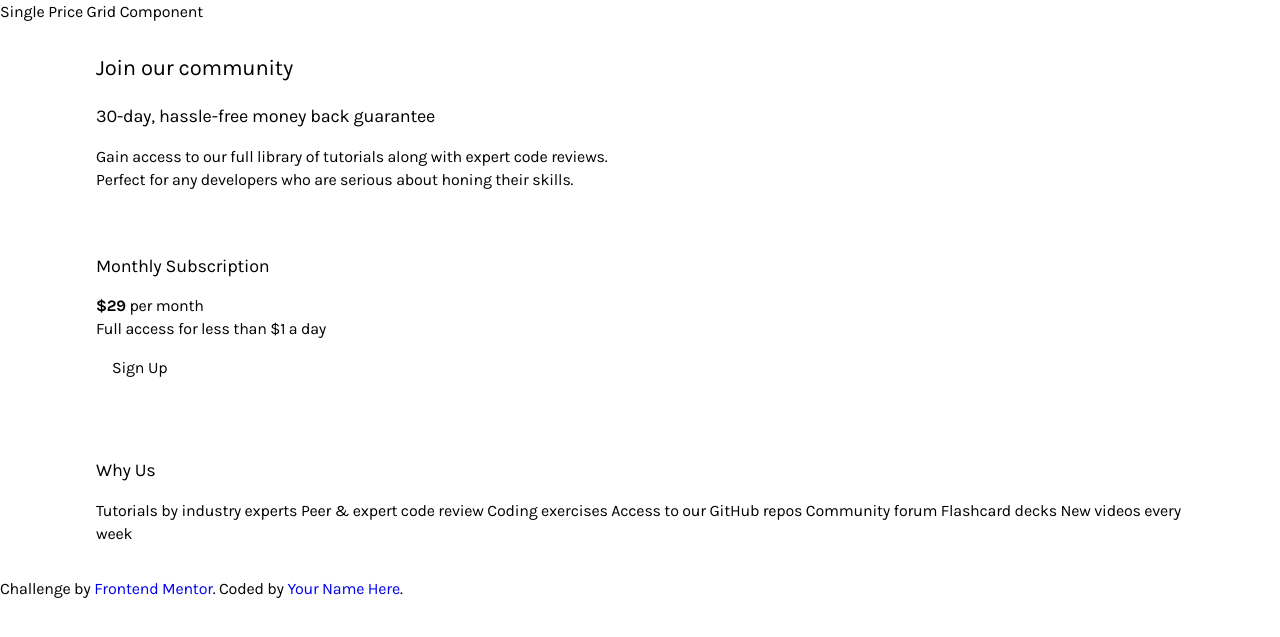
Repository: bangjuyoung/bangjuyoung
Page: practice/frontend-mentor/single-price-grid-component/index.html
The author's editor kept a copy of each file at every save. The page is drawn from the files as they stood at one save, then again after the next save.
The browser window is 1280 px wide. The pictures show the whole page.

Above is the page before, as saved 2019-06-16 13:06:14.

### practice/frontend-mentor/single-price-grid-component/index.html
<!DOCTYPE html>
<html lang="en">

<head>
  <meta charset="UTF-8">
  <meta name="viewport" content="width=device-width, initial-scale=1.0">
  <title>Frontend Mentor | Single Price Grid Component</title>
  <link rel="icon" type="image/png" sizes="32x32" href="./images/favicon-32x32.png">
  <link rel="stylesheet" href="../../../assets/css/base.css">
  <link href="https://fonts.googleapis.com/css?family=Karla:400,700&display=swap" rel="stylesheet">
  <link rel="stylesheet" href="./default.css">
</head>

<body>
  <main role="main">
    <h1>Single Price Grid Component</h1>
    <article class="single-price__wrapper">

      <section class="single-price__primary single-price">
        <div class="single-price__body">
          <h2 class="single-price__title">Join our community</h2>
          <h3 class="single-price__subtitle">30-day, hassle-free money back guarantee</h3>
          <p>Gain access to our full library of tutorials along with expert code reviews.</p>
          <p>Perfect for any developers who are serious about honing their skills.</p>
        </div>
      </section>

      <div class="single-price__secondary">
        <section class="single-price">
          <div class="single-price__body">
            <h3 class="single-price__subtitle">Monthly Subscription</h3>
            <p><strong>&dollar;29</strong> per month</p>
            <p>Full access for less than &dollar;1 a day</p>
            <a class="btn btn-secondary btn-block">Sign Up</a>
          </div>
        </section>

        <section class="single-price">
          <div class="single-price__body">
            <h4 class="single-price__subtitle">Why Us</h4>
            <p>
              Tutorials by industry experts
              Peer &amp; expert code review
              Coding exercises
              Access to our GitHub repos
              Community forum
              Flashcard decks
              New videos every week
            </p>
          </div>
        </section>
      </div>

    </article>
  </main>


  <footer role="contentinfo">
    <p class="attribution">
      Challenge by <a href="https://www.frontendmentor.io?ref=challenge" target="_blank" rel="noopener">Frontend
        Mentor</a>.
      Coded by <a href="#">Your Name Here</a>.
    </p>
  </footer>
</body>

</html>

### assets/css/base.css
@charset "UTF-8";

/*
// Base
//
// Normalization of HTML elements, manually forked from Normalize.css to remove
// styles targeting irrelevant browsers while applying new styles.
//
// Normalize is licensed MIT. https://github.com/necolas/normalize.css
*/

/*
 * Document
 */

*,
*::before,
*::after {
  /* padding 과 border 가 요소 너비에 포함되도록 설정 */
  box-sizing: border-box;
}

html {
  /* 모든 브라우저에 기본 폰트 및 line-height 설정 */
  font-family: sans-serif;
  line-height: 1.15;
  /* window 폰의 IE 나 iOS 에서 방향 변경시 폰트 사이즈 수정되는 현상 막음 */
  -webkit-text-size-adjust: 100%;
  /* @viewport 설정시 IE11 과 Edge 에서 스크롤바가 컨텐트에 겹치므로 겹치지 않고 자동 숨김 되지 않도록 강제 */
  -ms-overflow-style: scrollbar;
  /* iOS 에서 완전히 투명으로 보이기 위해 기본 탭 하이라이트 변경 */
  -webkit-tap-highlight-color: rgba(0, 0, 0, 0);
}

/* IE10 이하 및 오래된 브라우저에서 새 HTML5 요소들 맞게 표시 */
article,
aside,
figcaption,
figure,
footer,
header,
hgroup,
main,
nav,
section {
  display: block;
}

/* 여백 초기화 */
body,
h1,
h2,
h3,
h4,
h5,
h6,
p,
ol,
ul,
dl,
blockquote,
pre,
figure,
input,
button,
select,
optgroup,
textarea,
fieldset {
  margin: 0;
}

/*
 * Body
 */

/*
  -apple-system, // Safari for OS X and iOS (San Francisco)
  BlinkMacSystemFont, // Chrome < 56 for OS X (San Francisco)
  "Segoe UI", // Windows
  "Roboto", // Android
  "Helvetica Neue", Arial, sans-serif, // Basic web fallback
  "Apple Color Emoji", "Segoe UI Emoji", "Segoe UI Symbol" !default; // Emoji fonts
 */

body {
  font-family: -apple-system, BlinkMacSystemFont, 'Segoe UI', Roboto,
    'Helvetica Neue', Arial, Noto Sans, sans-serif, 'Apple Color Emoji',
    'Segoe UI Emoji', 'Segoe UI Symbol', 'Noto Color Emoji';
  font-size: 1rem;
  font-weight: 400;
  line-height: 1.5;
  /* 명시적으로 기본값을 지정해 하위 요소들이 상속 받을 수 있게 함 */
  text-align: left;
  /* 기본 배경색 지정 */
  background-color: #fff;
}

body,
input,
textarea,
select,
button {
  font-synthesis: none;
  -moz-font-feature-settings: 'kern';
  -webkit-font-smoothing: antialiased;
  -moz-osx-font-smoothing: grayscale;
}

/*
 * Future-proof rule: in browsers that support :focus-visible,
 * focus outline 을 표시하지 않는 요소에 프로그램적으로 포커스가 갔을때 focus outline 숨김
 *
 * See https://developer.mozilla.org/en-US/docs/Web/CSS/:focus-visible
 * and https://developer.paciellogroup.com/blog/2018/03/focus-visible-and-backwards-compatibility/
 */
[tabindex='-1']:focus:not(:focus-visible) {
  outline: 0 !important;
}

/*
 * Content grouping
 *
 */

hr {
  box-sizing: content-box;
  height: 0;
  /* Edge와 ie에서 overflow 표시 */
  overflow: visible;
}

/*
 * Typography
 */

h1,
h2,
h3,
h4,
h5,
h6 {
  font-size: inherit;
  font-weight: inherit;
}

/*
 * Abbreviations
 */

abbr[title] {
  /* Chrome, Edge, IE, Opera, 그리고 Safari 에서 테스트 표시줄 스타일 정정 */
  text-decoration: underline;
  text-decoration: underline dotted;
  /* 바뀐 행위를 나타내기 위해 명시적으로 커서를 추가 */
  cursor: help;
  /* Firefox 39이하에서 나타나는 테스트 하단 테투리 제거 */
  border-bottom: 0;
  /* 텍스트 표시줄이 건너뛰지 않도록 설정 */
  text-decoration-skip-ink: none;
}

address {
  font-style: normal;
  line-height: inherit;
}

b,
strong {
  /* Chrome, Edge, 그리고 Safari 에서 올바른 글자 굵기 정정 */
  font-weight: bolder;
}

small {
  /* 모든 브라우저에서 글자 크기 정정 */
  font-size: 85%;
}

/*
 * 모든 브라우저에서 sub 과 sup 요소들이 즐 간격 영향 받지 않도록 설정
 */

sub,
sup {
  position: relative;
  font-size: 75%;
  line-height: 0;
  vertical-align: baseline;
}

sub {
  bottom: -0.25em;
}

sup {
  top: -0.5em;
}

/*
 * Links
 */

a {
  text-decoration: none;
  /* IE 10 에서 현재 열려 있는 링크에 나타나는 회색배경색을 제거 */
  background-color: transparent;
}

a:hover {
  text-decoration: underline;
}

/*
 * tablindex 없이는 명시적으로 키보드 포커스가 가능하지 않도록 href 속성이 없는 플레이스 홀더 링크/네임 앵커에 대한 스타일 재지정
 * 단순히 a[href] 로 스타일 지정이 간단할 수 있지만, 많은 다른 스타일내에서 고치기엔 복잡한 특정 이슈 유발 가능성 존재
 * See https://github.com/twbs/bootstrap/issues/19402
 */

a:not([href]):not([tabindex]) {
  color: inherit;
  text-decoration: none;
}

a:not([href]):not([tabindex]):hover,
a:not([href]):not([tabindex]):focus {
  color: inherit;
  text-decoration: none;
}

a:not([href]):not([tabindex]):focus {
  outline: 0;
}

/*
 * Code
 */

pre,
code,
kbd,
samp {
  font-family: SFMono-Regular, Menlo, Monaco, Consolas, 'Liberation Mono',
    'Courier New', monospace;
  /* 모든 브라우저에서 이상한 em 글자 크기 정정 */
  font-size: 1em;
}

pre {
  /* 바깥 영역을 깨지 않도록 내용 영역 오버플로우 설정 */
  overflow: auto;
  /* IE11 와 Edge 에서 @viewport 설정시 스크롤바가 내용을 덮는 현상에서 내용 덮지 않고 자동으로 숨겨지지 않도록 재지정  */
  -ms-overflow-style: scrollbar;
}

/*
 * Images and content
 */

img {
  vertical-align: middle;
  /* IE10 이하에서 링크 내 이미지 요소들에 테두리 제거 */
  border-style: none;
}

svg {
  /*
     * IE10/11 에서 오버플로우 되는 버그로 인해 필요
     * See https://github.com/twbs/bootstrap/issues/26878
     */
  overflow: hidden;
  vertical-align: middle;
}

/*
 * Tables
 */

table {
  /* Prevent double borders 테두리들이 맞 닿았을 때 합쳐지도록 설정 */
  border-collapse: collapse;
}

/* body 요소나 가장 가까운 부모로 부터 지정된 텍스트 정렬 요소를 상속해 td 요소 정렬과 일치 */
caption,
th {
  text-align: inherit;
}

/*
 * Forms
 */

/*
 * macOS Chrome 에서 추가되는 기본 border-radius  제거
 * Details at https://github.com/twbs/bootstrap/issues/24093
 */
button {
  border-radius: 0;
}

/* Firefox/IE 에서 button 배경색이 투명일 때 기본 button 포커스 스타일이 손실되는 버그 피함
 * Credit: https://github.com/suitcss/base/
 */
button:focus {
  outline: 1px dotted;
  outline: 5px auto -webkit-focus-ring-color;
}

input,
button,
select,
optgroup,
textarea {
  font-family: inherit;
  font-size: inherit;
  line-height: inherit;
}

button,
input {
  /* Edge 에서 overflow 보임  */
  overflow: visible;
}

button,
select {
  /* Firefox 에서 텍스트 변형 상속되는 것을 제거 */
  text-transform: none;
}

/* 1. Android 4 에서 기본 audio 와 video 컨트롤이 제거되는 WebKit 버그 제거 */
button,
[type="button"],
/* 1 */
[type="reset"],
[type="submit"] {
  /* iOS 와 Safari 에서 클릭 가능한 타입으로 스타일 정정  */
  -webkit-appearance: button;
}

/* Firefox 에서 안쪽 테두리와 여백 제거하고 Normalize 처럼 outline 을 복원하지 않음 */
button::-moz-focus-inner,
[type='button']::-moz-focus-inner,
[type='reset']::-moz-focus-inner,
[type='submit']::-moz-focus-inner {
  padding: 0;
  border-style: none;
}

/* IE 10 이하에서 box sizing 정정 추가 및 padding 제거 */
input[type='radio'],
input[type='checkbox'] {
  box-sizing: border-box;
  padding: 0;
}

input[type='date'],
input[type='time'],
input[type='datetime-local'],
input[type='month'] {
  /* Mobile Safari 에서 line-height 설정시 텍스트가 input 내 수직 중양 정렬되지 않는 버그를 피하기 위해 시간 input 기본 모양 제거
    // See https://bugs.webkit.org/show_bug.cgi?id=139848
    // and https://github.com/twbs/bootstrap/issues/11266
    */
  -webkit-appearance: listbox;
}

textarea {
  /* IE 에서 기본 수직 스크롤바 제거 */
  overflow: auto;
  /* textarea 는 수직으로만 리사이즈 되도록 설정 */
  resize: vertical;
}

fieldset {
  /*
     * fieldsets 은 min-width이 min-content 로 일반 블록 요소처럼 min-width 재지정
     * See https://github.com/twbs/bootstrap/issues/12359
     * and https://html.spec.whatwg.org/multipage/#the-fieldset-and-legend-elements
     * 페이지 레이아웃에 영향을 주지 않도록 기본 스타일 리셋
     */
  min-width: 0;
  padding: 0;
  border: 0;
}

/* 1. Edge 와 IE 에서 텍스트 래핑 정정 */
legend {
  display: block;
  width: 100%;
  /* 1 */
  max-width: 100%;
  margin-bottom: 0.5rem;
  padding: 0;
  font-size: 1.5rem;
  /* IE 에서 fieldset 요소로 부터 색상 상속하도록 정정 */
  color: inherit;
  line-height: inherit;
  /* 1 */
  white-space: normal;
}

progress {
  /* Chrome, Firefox, Opera 에서 vertical alignment 스타일 추가 */
  vertical-align: baseline;
}

[type='number']::-webkit-inner-spin-button,
[type='number']::-webkit-outer-spin-button {
  /* Chrome 에서 증감 버튼 커서 스타일 정정 */
  height: auto;
}

[type='search'] {
  /*
     * iOS 에서 검색 input 의 추가적인 둥근 코너를 오버라이드하여
     * 기본 form-control 클래스 스타일이 적절히 스타일 적용될 수 있도록 함
     * https://github.com/twbs/bootstrap/issues/11586.
     * Safari 에서 outline 스타일 정정
     */
  outline-offset: -2px;
  -webkit-appearance: none;
}

/*
 * macOS 에서 Chrome 과 Safari 에서 안쪽 여백 제거
 */

[type='search']::-webkit-search-decoration {
  -webkit-appearance: none;
}

::-webkit-file-upload-button {
  font: inherit;
  /* iOS 와 Safari 에서 클릭가능한 타입으로 정정 */
  -webkit-appearance: button;
}

/*
* 요소 디스플레이 정정
*/

output {
  display: inline-block;
}

summary {
  /* 모든 브라우저에서 적절한 디스플레이 속성 추가 */
  display: list-item;
  cursor: pointer;
}

template {
  /* IE에서 필요 */
  display: none;
}

[hidden] {
  /* hidden 속성을 가진 HTML 요소는 항상 숨김 (from PureCSS), IE 10 이하에서 필요 */
  display: none !important;
}

### practice/frontend-mentor/single-price-grid-component/default.css
@charset "UTF-8";

html {
    font-size: 15px;
}

body {
    font-family: 'Karla', sans-serif;
    letter-spacing: -0.013em;
    line-height: 1.44;
}

@media (min-width: 48rem) {
    html {
        font-size: 16px;
    }
}

.btn {
    display: inline-block;
    padding: 1rem;
}


/*
 * single-price
 */
.single-price__wrapper {
    max-width: 36rem;
    margin-left: auto;
    margin-right: auto;
}

.single-price__body {
    padding: 2rem;
}

.single-price__title {
    margin-bottom: 1.5rem;
    font-size: 1.375rem;
    line-height: 1.2;
}

.single-price__subtitle {
    margin-bottom: 1rem;
    font-size: 1.125rem;
    line-height: 1.3;
}

@media (min-width: 74rem) {
    .single-price__wrapper {
        max-width: 72rem;
    }

    .single-price__secondary::after {
        content: '';
        display: block;
        clear: both;
    }

    .single-price__secondary .single-price__divider {
        float: left;
        width: 50%;
    }
}


/*
 * theme
 */
.text-primary {
    color: hsl(179, 62%, 43%);
}

.text-primary--gray {
    color: hsl(218, 22%, 67%);
}

.text-sedondary {
    color: hsl(71, 73%, 54%);
}

.text-gray--pale {
    color: hsl(204, 43%, 93%);
}

After the next save:
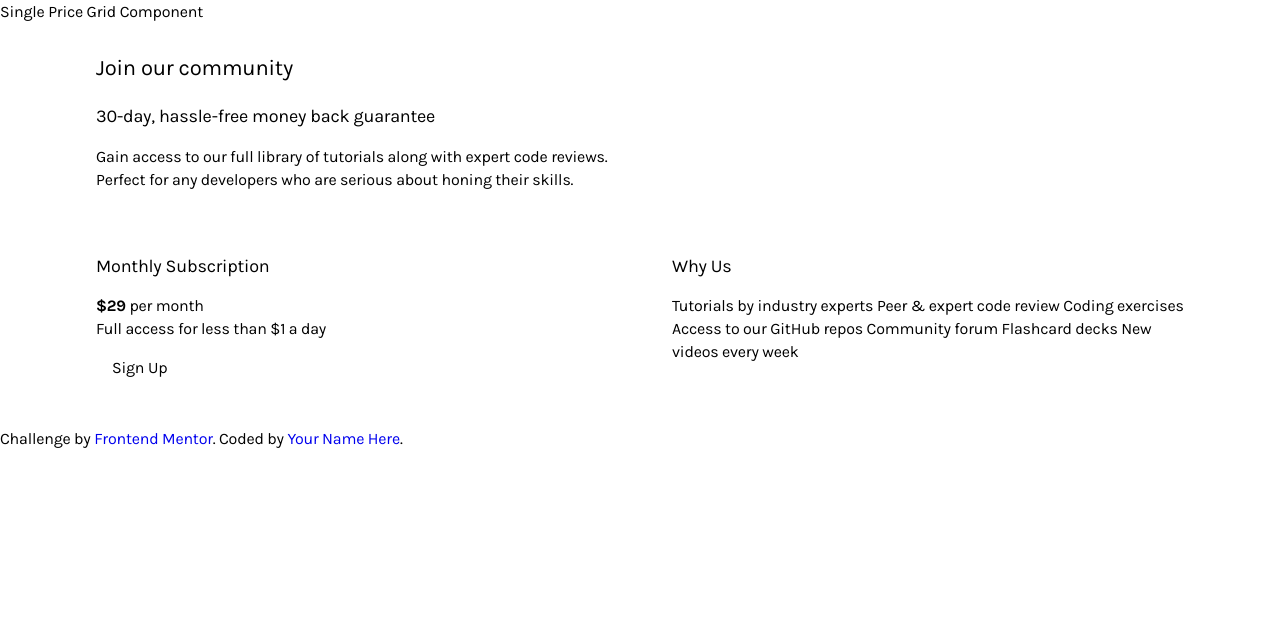
Saved 119 s later.
--- a/practice/frontend-mentor/single-price-grid-component/default.css
+++ b/practice/frontend-mentor/single-price-grid-component/default.css
@@ -58,7 +58,7 @@ body {
         clear: both;
     }
 
-    .single-price__secondary .single-price__divider {
+    .single-price__secondary .single-price {
         float: left;
         width: 50%;
     }
